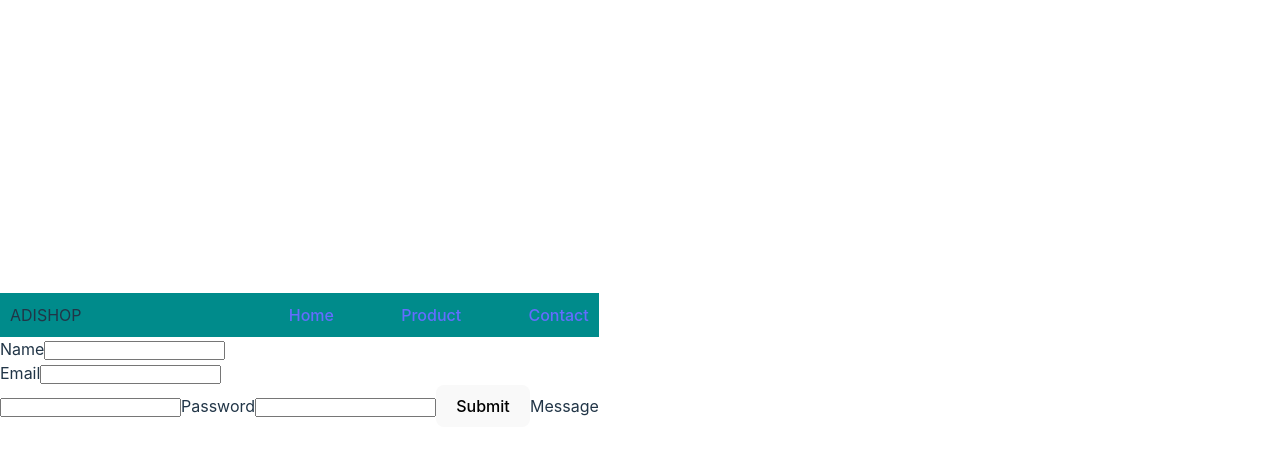
Repository: Aditya0377/React-ecommercewebsite
Page: /contact (app in ecommerce/)
An editor plug-in stored every save of this project. The page is shown before and after the next save, followed by the edit.
The browser window is 1280 px wide. The pictures show the whole page.
The project was rebuilt for these pictures with package versions that can differ from the ones it lists, and the page was loaded fresh each time. Also part of the build but not shown: ecommerce/vite.config.js, ecommerce/src/components/Home.jsx, ecommerce/src/components/Product.css, ecommerce/src/components/Product.jsx, ecommerce/src/components/Contact.css.

Above is the page before, as saved 2025-01-21 15:46:42.

After the next save:
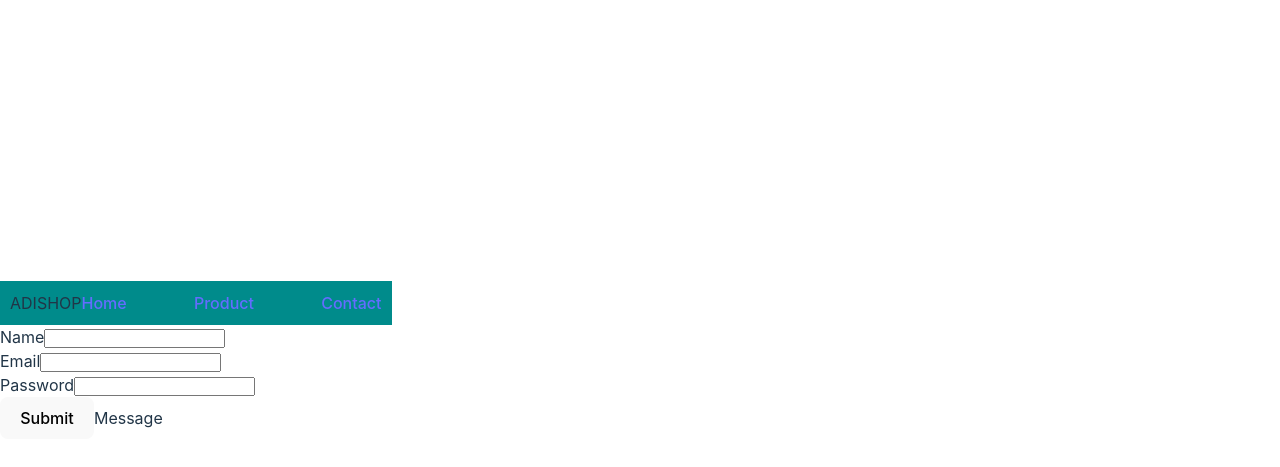
Saved 51 s later.
--- a/ecommerce/src/components/Contact.jsx
+++ b/ecommerce/src/components/Contact.jsx
@@ -7,12 +7,11 @@ const Contact = () => {
                 <label>Name</label>
                 <input type='text' /><br />
                 <label>Email</label>
-                <input type='text' /><br />
-                <input type='email' />
+                <input type='email' /><br />
                 <label>Password</label>
-                <input type='password' />
+                <input type='password' /><br />
                 <button>Submit</button>
-                <label>Message</label>
+                <label>Message</label><br />
                 <div className='message'> </div>
             </form>
         </div >
